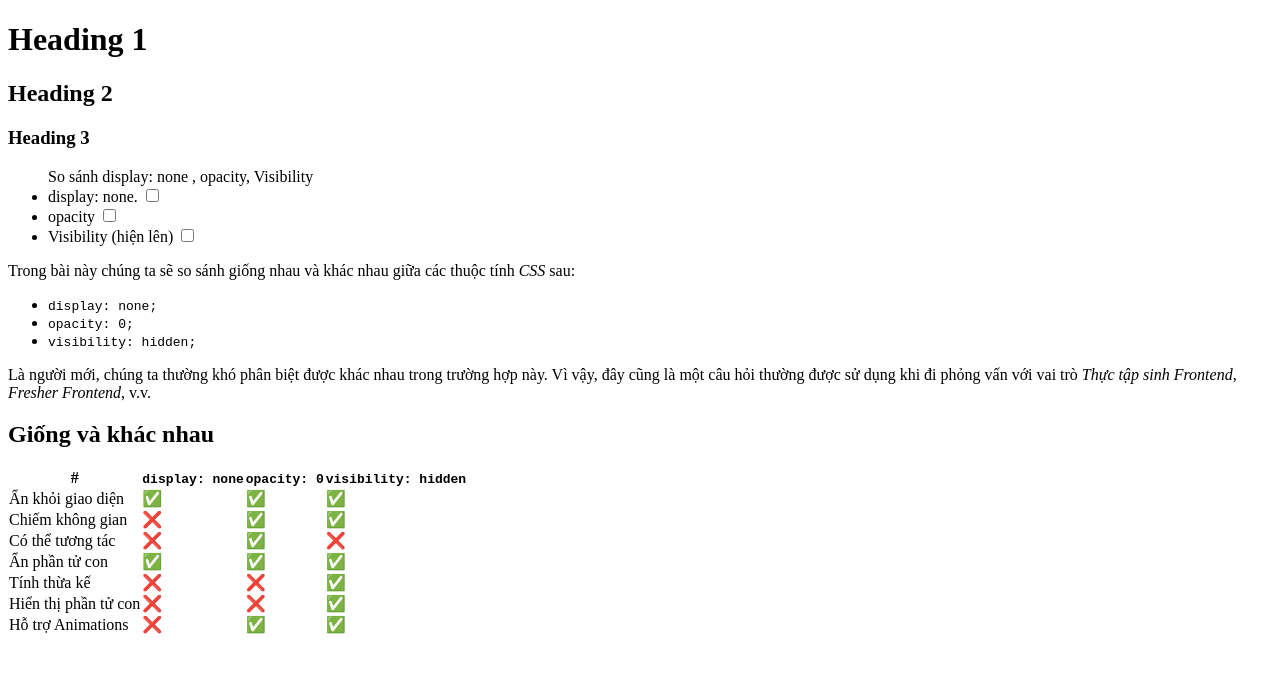
Repository: phanvu0103/HTML-CSS
Page: CSS_23_Thẻ-Inline_và_Thẻ_block/07_So-sánh-display-opacity-và-visibility/index.html
These files come from the project's save history. The page is drawn as it stood at one moment and after the next save; the edit follows.
The browser window is 1280 px wide. The pictures show the whole page.

Above is the page before, as saved 2022-10-18 13:53:59.

### CSS_23_Thẻ-Inline_và_Thẻ_block/07_So-sánh-display-opacity-và-visibility/index.html
<!DOCTYPE html>
<html lang="en">
  <head>
    <meta charset="UTF-8" />
    <meta http-equiv="X-UA-Compatible" content="IE=edge" />
    <meta name="viewport" content="width=device-width, initial-scale=1.0" />
    <link rel="stylesheet" href="./style.css" />
    <title>CSS Visibility</title>
  </head>
  <body>
    <h1>Heading 1</h1>
    <h2>Heading 2</h2>
    <h3>Heading 3</h3>
    <ul>
      So sánh display: none , opacity, Visibility
      <li>
        display: none.
        <input type="checkbox" />
      </li>
      <li>
        opacity
        <input type="checkbox" />
      </li>
      <li>
        Visibility (hiện lên)
        <input type="checkbox" />
      </li>
    </ul>
    <div
      id="video-content"
      class="app-text-content auto-generate-headings"
      style="
        --font-size: 1.6rem;
        --line-height: 1.8;
        --margin-paragraph: 1em 0;
        --marginParagraph: 1em 0;
      "
    >
      <!--?lit$4230321344$-->
      <p class="img-caption">
        Trong bài này chúng ta sẽ so sánh giống nhau và khác nhau giữa các thuộc
        tính <em>CSS</em> sau:
      </p>
      <ul>
        <li><code>display: none;</code></li>
        <li><code>opacity: 0;</code></li>
        <li><code>visibility: hidden;</code></li>
      </ul>
      <p class="img-caption">
        Là người mới, chúng ta thường khó phân biệt được khác nhau trong trường
        hợp này. Vì vậy, đây cũng là một câu hỏi thường được sử dụng khi đi
        phỏng vấn với vai trò <em>Thực tập sinh Frontend</em>,
        <em>Fresher Frontend</em>, v.v.
      </p>
      <h2>Giống và khác nhau</h2>
      <table>
        <thead>
          <tr>
            <th>#</th>
            <th><code>display: none</code></th>
            <th><code>opacity: 0</code></th>
            <th><code>visibility: hidden</code></th>
          </tr>
        </thead>
        <tbody>
          <tr>
            <td>Ẩn khỏi giao diện</td>
            <td>✅</td>
            <td>✅</td>
            <td>✅</td>
          </tr>
          <tr>
            <td>Chiếm không gian</td>
            <td>❌</td>
            <td>✅</td>
            <td>✅</td>
          </tr>
          <tr>
            <td>Có thể tương tác</td>
            <td>❌</td>
            <td>✅</td>
            <td>❌</td>
          </tr>
          <tr>
            <td>Ẩn phần tử con</td>
            <td>✅</td>
            <td>✅</td>
            <td>✅</td>
          </tr>
          <tr>
            <td>Tính thừa kế</td>
            <td>❌</td>
            <td>❌</td>
            <td>✅</td>
          </tr>
          <tr>
            <td>Hiển thị phần tử con</td>
            <td>❌</td>
            <td>❌</td>
            <td>✅</td>
          </tr>
          <tr>
            <td>Hỗ trợ Animations</td>
            <td>❌</td>
            <td>✅</td>
            <td>✅</td>
          </tr>
        </tbody>
      </table>
    </div>
  </body>
</html>

### CSS_23_Thẻ-Inline_và_Thẻ_block/07_So-sánh-display-opacity-và-visibility/style.css
table {
  display: contents;
}

After the next save:
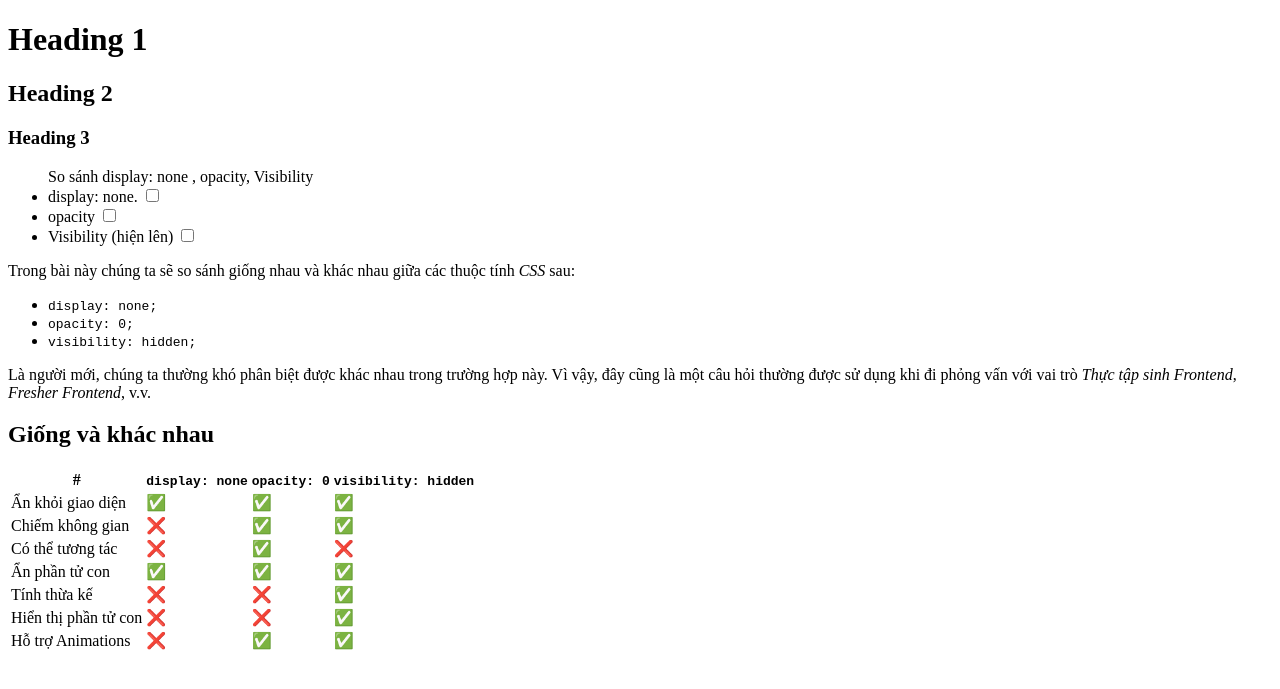
Saved 21 s later.
--- a/CSS_23_Thẻ-Inline_và_Thẻ_block/07_So-sánh-display-opacity-và-visibility/style.css
+++ b/CSS_23_Thẻ-Inline_và_Thẻ_block/07_So-sánh-display-opacity-và-visibility/style.css
@@ -1,3 +1,3 @@
 table {
-  display: contents;
+  display: block;
 }
